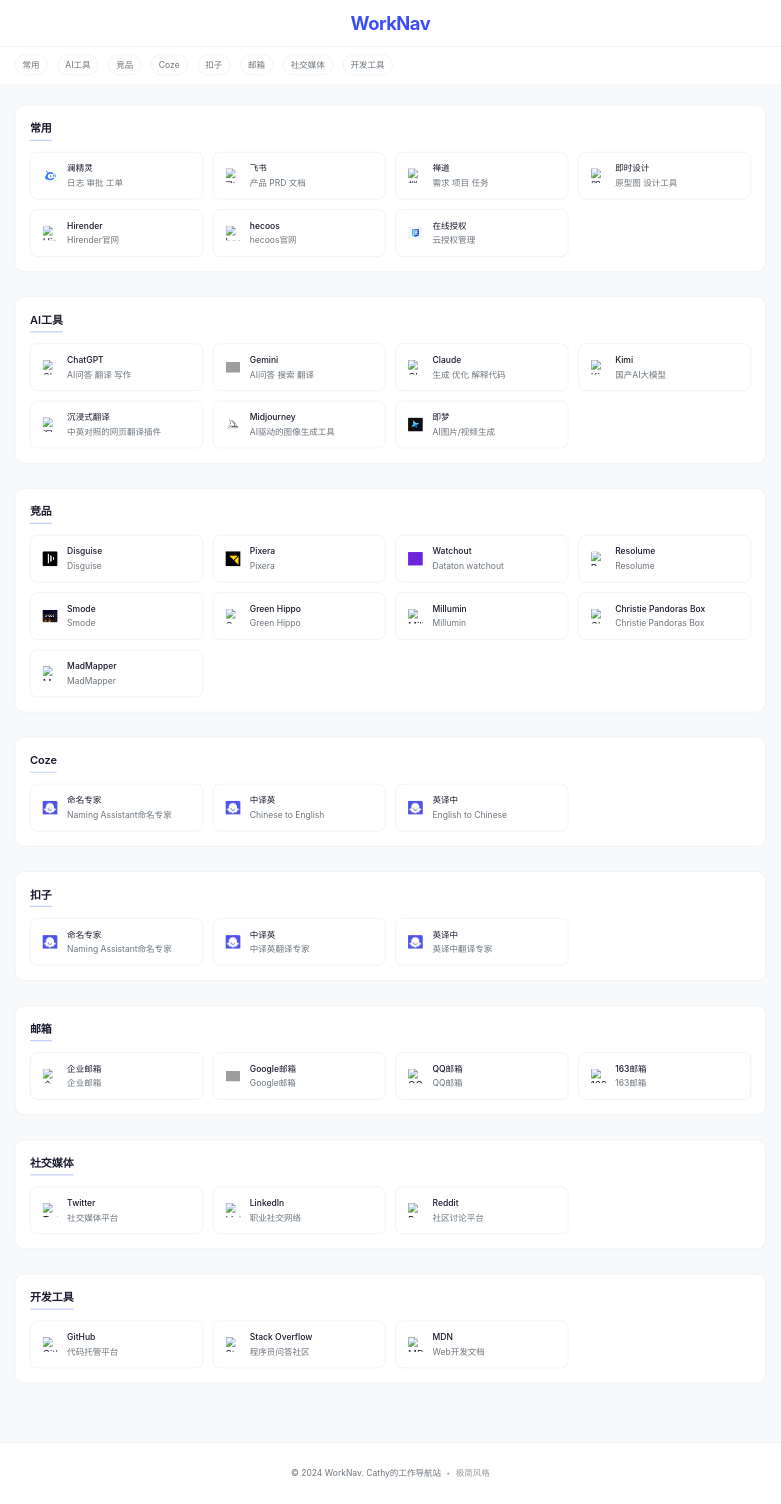
Repository: SweetPomelo0/WorkNav
Page: /
These files come from the project's save history. The page is drawn as it stood at one moment and after the next save; the edit follows.
The browser window is 1280 px wide. The pictures show the whole page, at 61% of full size.
Pictures or frames that could not be fetched are drawn as grey boxes. The project was rebuilt for these pictures with package versions that can differ from the ones it lists, and the page was loaded fresh each time. The framework's server and built-in components were replaced by stand-ins that run in the browser. Also part of the build but not shown: next.config.ts.

Above is the page before, as saved 2025-07-26 21:29:43.

### src/app/layout.tsx
import type { Metadata } from "next";
import { Geist, Geist_Mono } from "next/font/google";
import "./globals.css";

const geistSans = Geist({
  variable: "--font-geist-sans",
  subsets: ["latin"],
});

const geistMono = Geist_Mono({
  variable: "--font-geist-mono",
  subsets: ["latin"],
});

export const metadata: Metadata = {
  title: "WorkNav - 工作网址导航",
  description: "一个简洁的工作网址导航页面",
};

export default function RootLayout({
  children,
}: Readonly<{
  children: React.ReactNode;
}>) {
  return (
    <html lang="en">
      <body
        className={`${geistSans.variable} ${geistMono.variable} antialiased`}
      >
        {children}
      </body>
    </html>
  );
}

### src/app/page.tsx
export default function Home() {
  // 定义导航分类和链接
  const categories = [
    {
      title: "常用",
      links: [
        { name: "澜精灵", url: "https://www.lanerp.com/Admin/index/index.html", desc: "日志 审批 工单", icon: "/img/lanjingling.png" },
        { name: "飞书", url: "https://enlightv.feishu.cn/wiki/D6Z1wOai9iVI4bkVlumcJprDn2e?fromScene=spaceOverview", desc: "产品 PRD 文档", icon: "https://feishu.cn/favicon.ico" },
        { name: "禅道", url: "https://enlightv.zentaopm.com/my/", desc: "需求 项目 任务", icon: "https://enlightv.zentaopm.com/favicon.ico" },
        { name: "即时设计", url: "https://js.design/recent", desc: "原型图 设计工具", icon: "https://img.js.design/assets/webImg/favicon.ico" },
        { name: "Hirender", url: "https://www.hirender.com/#/home", desc: "Hirender官网", icon: "https://www.hirender.com/favicon.ico" },
        { name: "hecoos", url: "https://www.hecoos.com/web/#/home", desc: "hecoos官网", icon: "https://www.hecoos.com/favicon.ico" },
        { name: "在线授权", url: "https://license.enlightv.com/web/", desc: "云授权管理", icon: "data:[embedded picture, 6295 characters]" },
      ]
    },
    {
      title: "AI工具",
      links: [
        { name: "ChatGPT", url: "https://chatgpt.com/", desc: "AI问答 翻译 写作", icon: "https://cdn.oaistatic.com/assets/favicon-180x180-od45eci6.webp" },
        { name: "Gemini", url: "https://gemini.google.com/app", desc: "AI问答 搜索 翻译", icon: "https://www.gstatic.com/lamda/images/gemini_sparkle_4g_512_lt_f94943af3be039176192d.png" },
        { name: "Claude", url: "https://claude.ai/", desc: "生成 优化 解释代码", icon: "https://claude.ai/favicon.ico" },
        { name: "Kimi", url: "https://www.kimi.com/", desc: "国产AI大模型", icon: "https://www.kimi.com/favicon.ico" },
        { name: "沉浸式翻译", url: "https://immersivetranslate.com/zh-Hans/?utm_source=ai-bot.cn", desc: "中英对照的网页翻译插件", icon: "https://immersivetranslate.com/favicon.ico" },
        { name: "Midjourney", url: "https://www.midjourney.com/explore?tab=video_top", desc: "AI驱动的图像生成工具", icon: "/img/mj.png" },
        { name: "即梦", url: "https://jimeng.jianying.com/ai-tool/home", desc: "AI图片/视频生成", icon: "/img/jimeng.png" }

      ]
    },
    {
      title: "竞品",
      links: [
        { name: "Disguise", url: "https://www.disguise.one/en", desc: "Disguise", icon: "/img/disguise.png" },
        { name: "Pixera", url: "https://pixera.one/zh/software/overview/", desc: "Pixera", icon: "/img/pixera.png" },
        { name: "Watchout", url: "https://www.dataton.com/", desc: "Dataton watchout", icon: "/img/watchout.png" },
        { name: "Resolume", url: "https://resolume.com/", desc: "Resolume", icon: "https://resolume.com/images/favicons/apple-touch-icon.png" },
        { name: "Smode", url: "https://www.smode.io/en/", desc: "Smode", icon: "/img/smode.png" },
        { name: "Green Hippo", url: "https://www.green-hippo.com/", desc: "Green Hippo", icon: "https://www.green-hippo.com/wp-content/themes/greenhippo/assets/icons/favicon.ico" },
        { name: "Millumin", url: "https://millumin.com/v5/index.php", desc: "Millumin", icon: "https://www.millumin.com/favicon/apple-icon-180x180.png" },
        { name: "Christie Pandoras Box", url: "https://www.christiedigital.com/products/christie-pandoras-box/", desc: "Christie Pandoras Box", icon: "https://www.christiedigital.com/apple-touch-icon.png" },
        { name: "MadMapper", url: "https://madmapper.com/madmapper/software", desc: "MadMapper", icon: "https://madmapper.com/images/favicon/apple-touch-icon.png" }

      ]
    },
    {
      title: "Coze",
      links: [
        { name: "命名专家", url: "https://www.coze.com/store/agent/7530562770308956161?bot_id=true", desc: "Naming Assistant命名专家", icon: "/img/coze.png" },
        { name: "中译英", url: "https://www.coze.com/store/agent/7530572378075152440?bot_id=true", desc: "Chinese to English", icon: "/img/coze.png" },
        { name: "英译中", url: "https://www.coze.com/store/agent/7530572202144694273?bot_id=true", desc: "English to Chinese", icon: "/img/coze.png" }
      ]
    },
    {
      title: "扣子",
      links: [
        { name: "命名专家", url: "https://www.coze.cn/store/agent/7530571775823577130?bot_id=true", desc: "Naming Assistant命名专家", icon: "/img/coze.png" },
        { name: "中译英", url: "https://www.coze.cn/store/agent/7530581452909035572?bot_id=true", desc: "中译英翻译专家", icon: "/img/coze.png" },
        { name: "英译中", url: "https://www.coze.cn/store/agent/7530581958234193970?bot_id=true", desc: "英译中翻译专家", icon: "/img/coze.png" }
      ]
    },
    {
      title: "邮箱",
      links: [
        { name: "企业邮箱", url: "https://exmail.qq.com/cgi-bin/frame_html?sid=qPUC22bEtIEF7kUt,2&sign_type=&r=586a2a390ca023395a120877ca5870f0", desc: "企业邮箱", icon: "https://exmail.qq.com/favicon.ico" },
        { name: "Google邮箱", url: "https://mail.google.com/mail/u/0/#inbox", desc: "Google邮箱", icon: "https://ssl.gstatic.com/ui/v1/icons/mail/rfr/gmail.ico" },
        { name: "QQ邮箱", url: "https://mail.qq.com/", desc: "QQ邮箱", icon: "https://mail.qq.com/favicon.ico" },
        { name: "163邮箱", url: "https://mail.163.com/", desc: "163邮箱", icon: "https://mail.163.com/favicon.ico" }
      ]
    },
    {
      title: "社交媒体",
      links: [
        { name: "Twitter", url: "https://twitter.com", desc: "社交媒体平台", icon: "https://twitter.com/favicon.ico" },
        { name: "LinkedIn", url: "https://www.linkedin.com", desc: "职业社交网络", icon: "https://www.linkedin.com/favicon.ico" },
        { name: "Reddit", url: "https://www.reddit.com", desc: "社区讨论平台", icon: "https://www.reddit.com/favicon.ico" }
      ]
    },
    {
      title: "开发工具",
      links: [
        { name: "GitHub", url: "https://github.com", desc: "代码托管平台", icon: "https://github.com/favicon.ico" },
        { name: "Stack Overflow", url: "https://stackoverflow.com", desc: "程序员问答社区", icon: "https://stackoverflow.com/favicon.ico" },
        { name: "MDN", url: "https://developer.mozilla.org", desc: "Web开发文档", icon: "https://developer.mozilla.org/favicon.ico" },
      ]
    }

  ];

  return (
    <div className="min-h-screen" style={{ background: 'var(--background)', color: 'var(--text-primary)' }}>
      {/* Header */}
      <header style={{ background: 'var(--header-bg)', borderBottom: '1px solid var(--card-border)' }}>
        <div className="max-w-7xl mx-auto px-6 py-5">
          <div className="text-center">
            <h1 className="text-3xl font-bold tracking-tight bg-clip-text text-transparent bg-gradient-to-r from-blue-600 to-indigo-600 dark:from-blue-400 dark:to-indigo-400">WorkNav</h1>
          </div>
        </div>
      </header>

      {/* Category Navigation */}
      <div className="sticky top-0 z-10 py-3" style={{ background: 'var(--header-bg)', borderBottom: '1px solid var(--card-border)' }}>
        <div className="max-w-7xl mx-auto px-6 overflow-x-auto">
          <div className="flex space-x-4 pb-1">
            {categories.map((category, index) => (
              <a
                key={index}
                href={`#category-${index}`}
                className="text-sm whitespace-nowrap px-3 py-1.5 rounded-full transition-all duration-200 hover:bg-opacity-80"
                style={{
                  color: 'var(--text-secondary)',
                  background: 'var(--card-bg)',
                  border: '1px solid var(--card-border)'
                }}
              >
                {category.title}
              </a>
            ))}
          </div>
        </div>
      </div>

      {/* Main Content */}
       <main className="max-w-7xl mx-auto px-6 py-8">
         <div className="space-y-10">
           {categories.map((category, index) => (
             <div
               key={index}
               id={`category-${index}`}
               style={{
                 background: 'var(--card-bg)',
                 borderColor: 'var(--card-border)'
               }}
               className="rounded-2xl border p-6 transition-all duration-300 hover:shadow-lg"
             >
               <h2
                 className="text-lg font-semibold mb-6 relative inline-block"
                 style={{ color: 'var(--text-primary)' }}
               >
                 <span className="relative z-10">{category.title}</span>
                 <span
                  className="absolute bottom-0 left-0 w-full h-0.5 rounded-full opacity-30"
                  style={{ background: 'var(--accent)', transform: 'translateY(6px)' }}
                ></span>
               </h2>
               <div className="grid grid-cols-1 sm:grid-cols-2 lg:grid-cols-3 xl:grid-cols-4 gap-4">
                 {category.links.map((link, linkIndex) => (
                   <a
                     key={linkIndex}
                     href={link.url}
                     target="_blank"
                     rel="noopener noreferrer"
                     style={{
                       borderColor: 'var(--card-border)',
                       background: 'var(--card-bg)'
                     }}
                     className="block p-4 rounded-xl border hover:shadow-md transition-all duration-200 group relative"
                   >

                     <div className="flex items-center justify-between">
                       <div className="flex items-center flex-1">
                         <div className="w-8 h-8 mr-3 flex-shrink-0 flex items-center justify-center">
                           {link.icon ? (
                             <img
                               src={link.icon}
                               alt={`${link.name} icon`}
                               className="w-6 h-6 object-contain"
                             />
                           ) : (
                             <div
                               style={{ background: 'var(--card-hover)' }}
                               className="w-6 h-6 rounded-md flex items-center justify-center"
                             >
                               <span style={{ color: 'var(--text-secondary)' }} className="text-xs font-medium">
                                 {link.name.charAt(0).toUpperCase()}
                               </span>
                             </div>
                           )}
                         </div>
                         <div className="flex-1">
                           <h3
                             style={{ color: 'var(--text-primary)' }}
                             className="text-sm font-medium group-hover:text-blue-600 dark:group-hover:text-blue-400 transition-colors"
                           >
                             {link.name}
                           </h3>
                           <p
                             style={{ color: 'var(--text-secondary)' }}
                             className="text-sm mt-1"
                           >
                             {link.desc}
                           </p>
                         </div>
                       </div>

                     </div>
                   </a>
                 ))}
               </div>
             </div>
           ))}
         </div>
       </main>

      {/* Footer */}
      <footer style={{ borderTop: '1px solid var(--card-border)', background: 'var(--footer-bg)' }} className="mt-16">
        <div className="max-w-7xl mx-auto px-6 py-10">
          <div className="text-center">
            <p style={{ color: 'var(--text-secondary)' }} className="text-sm">
              © 2024 WorkNav. Cathy的工作导航站
              <span className="inline-block mx-2 opacity-50">•</span>
              <span className="opacity-70">极简风格</span>
            </p>
          </div>
        </div>
      </footer>
    </div>
  );
}

### src/app/globals.css
@import "tailwindcss";

:root {
  --background: #f8f9fa;
  --foreground: #1a1a2e;
  --card-bg: #ffffff;
  --card-border: #e9ecef;
  --card-hover: #f1f3f5;
  --accent: #4361ee;
  --accent-hover: #3a56d4;
  --text-primary: #1a1a2e;
  --text-secondary: #6c757d;
  --text-tertiary: #adb5bd;
  --header-bg: #ffffff;
  --footer-bg: #ffffff;
}

@theme inline {
  --color-background: var(--background);
  --color-foreground: var(--foreground);
  --font-sans: var(--font-geist-sans);
  --font-mono: var(--font-geist-mono);
}

@media (prefers-color-scheme: dark) {
  :root {
    --background: #121212;
    --foreground: #f8f9fa;
    --card-bg: #1e1e1e;
    --card-border: #2d2d2d;
    --card-hover: #2a2a2a;
    --accent: #4361ee;
    --accent-hover: #5a72f0;
    --text-primary: #f8f9fa;
    --text-secondary: #adb5bd;
    --text-tertiary: #6c757d;
    --header-bg: #1a1a1a;
    --footer-bg: #1a1a1a;
  }
}

body {
  background: var(--background);
  color: var(--foreground);
  font-family:
    "Inter",
    -apple-system,
    BlinkMacSystemFont,
    "Segoe UI",
    Roboto,
    Oxygen,
    Ubuntu,
    Cantarell,
    "Open Sans",
    "Helvetica Neue",
    sans-serif;
}

/* 平滑滚动和过渡效果 */
html {
  scroll-behavior: smooth;
}

* {
  transition:
    background-color 0.2s ease,
    border-color 0.2s ease,
    transform 0.2s ease;
}

/* 自定义滚动条 */
::-webkit-scrollbar {
  width: 8px;
  height: 8px;
}

::-webkit-scrollbar-track {
  background: transparent;
}

::-webkit-scrollbar-thumb {
  background: var(--text-tertiary);
  border-radius: 4px;
}

::-webkit-scrollbar-thumb:hover {
  background: var(--text-secondary);
}

After the next save:
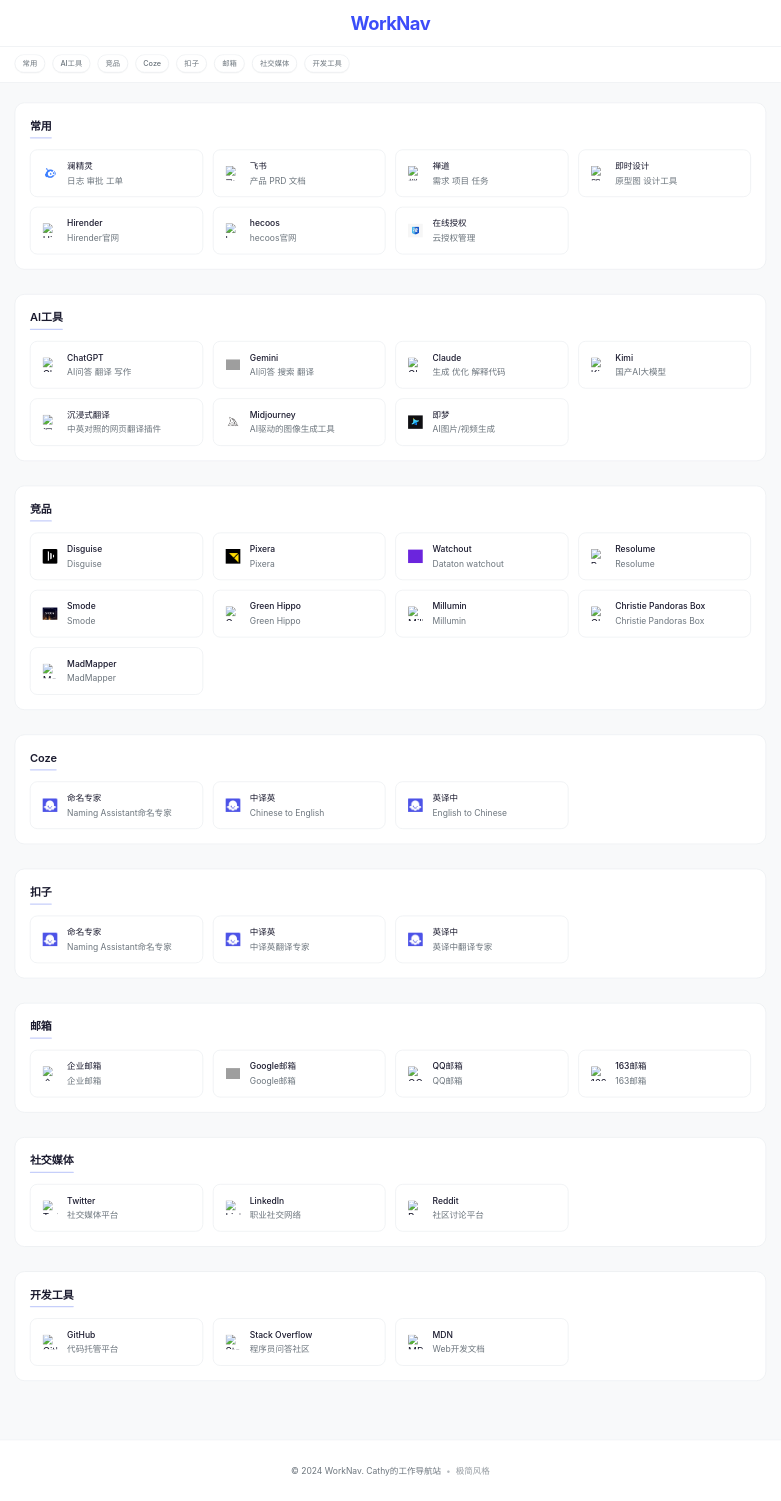
Saved 20 s later.
--- a/src/app/page.tsx
+++ b/src/app/page.tsx
@@ -97,18 +97,19 @@
       </header>
 
       {/* Category Navigation */}
-      <div className="sticky top-0 z-10 py-3" style={{ background: 'var(--header-bg)', borderBottom: '1px solid var(--card-border)' }}>
+      <div className="sticky top-0 z-10 py-3" style={{ background: 'var(--header-bg)', borderBottom: '1px solid var(--card-border)', backdropFilter: 'blur(8px)' }}>
         <div className="max-w-7xl mx-auto px-6 overflow-x-auto">
-          <div className="flex space-x-4 pb-1">
+          <div className="flex space-x-3 pb-1">
             {categories.map((category, index) => (
               <a
                 key={index}
                 href={`#category-${index}`}
-                className="text-sm whitespace-nowrap px-3 py-1.5 rounded-full transition-all duration-200 hover:bg-opacity-80"
+                className="text-xs font-medium whitespace-nowrap px-3 py-1.5 rounded-full transition-all duration-200 hover:opacity-80"
                 style={{
                   color: 'var(--text-secondary)',
                   background: 'var(--card-bg)',
-                  border: '1px solid var(--card-border)'
+                  border: '1px solid var(--card-border)',
+                  boxShadow: '0 1px 2px rgba(0,0,0,0.05)'
                 }}
               >
                 {category.title}

After the save that followed:
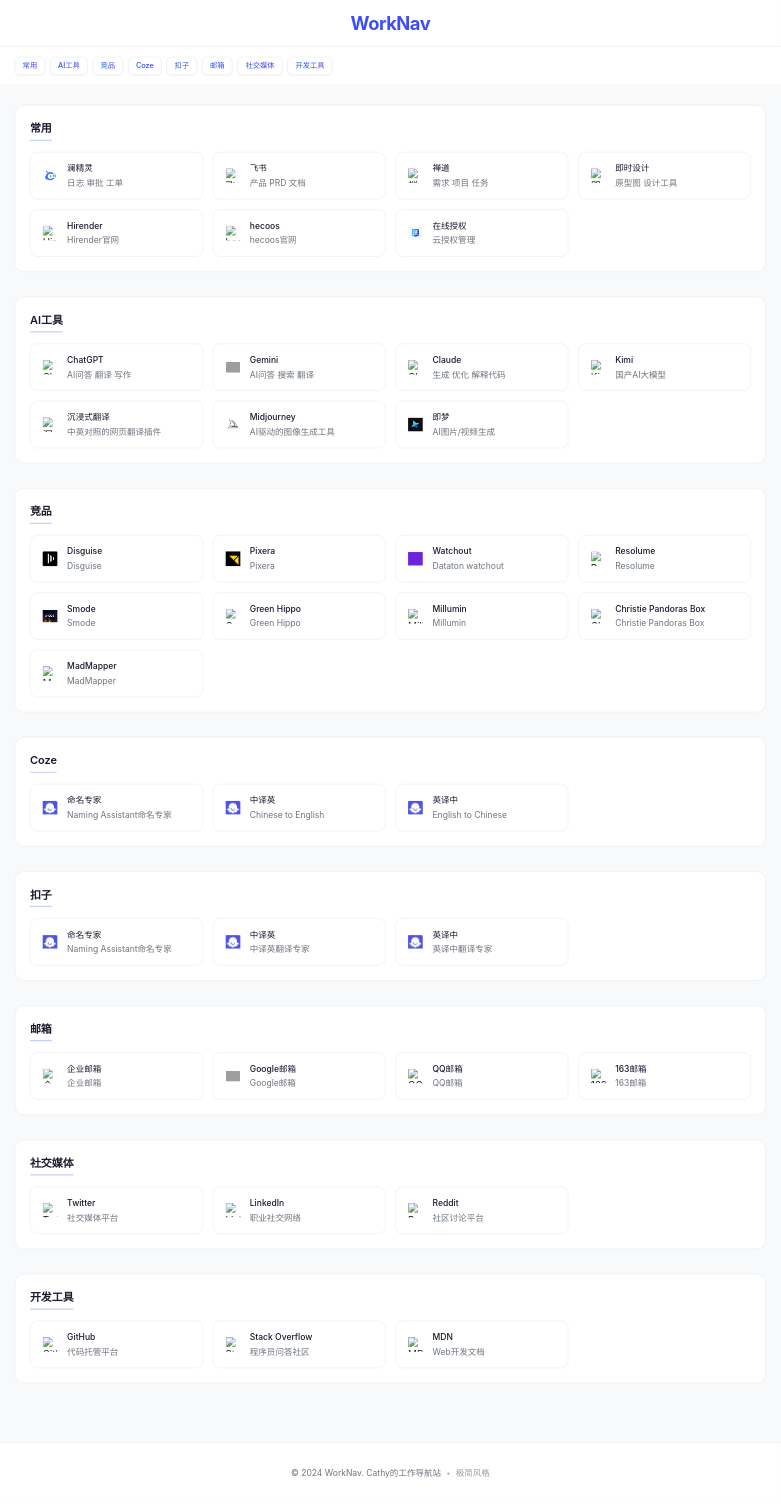
Saved 2 min 35 s later.
--- a/src/app/page.tsx
+++ b/src/app/page.tsx
@@ -97,22 +97,23 @@
       </header>
 
       {/* Category Navigation */}
-      <div className="sticky top-0 z-10 py-3" style={{ background: 'var(--header-bg)', borderBottom: '1px solid var(--card-border)', backdropFilter: 'blur(8px)' }}>
+      <div className="sticky top-0 z-10 py-2" style={{ background: 'var(--header-bg)', borderBottom: '1px solid var(--card-border)', backdropFilter: 'blur(12px)' }}>
         <div className="max-w-7xl mx-auto px-6 overflow-x-auto">
-          <div className="flex space-x-3 pb-1">
+          <div className="flex space-x-2 py-2">
             {categories.map((category, index) => (
               <a
                 key={index}
                 href={`#category-${index}`}
-                className="text-xs font-medium whitespace-nowrap px-3 py-1.5 rounded-full transition-all duration-200 hover:opacity-80"
+                className="text-xs font-medium whitespace-nowrap px-3 py-1.5 rounded-lg transition-all duration-200 hover:scale-105"
                 style={{
-                  color: 'var(--text-secondary)',
                   background: 'var(--card-bg)',
                   border: '1px solid var(--card-border)',
                   boxShadow: '0 1px 2px rgba(0,0,0,0.05)'
                 }}
               >
-                {category.title}
+                <span className="bg-clip-text text-transparent bg-gradient-to-r from-blue-600 to-indigo-600 dark:from-blue-400 dark:to-indigo-400">
+                  {category.title}
+                </span>
               </a>
             ))}
           </div>
